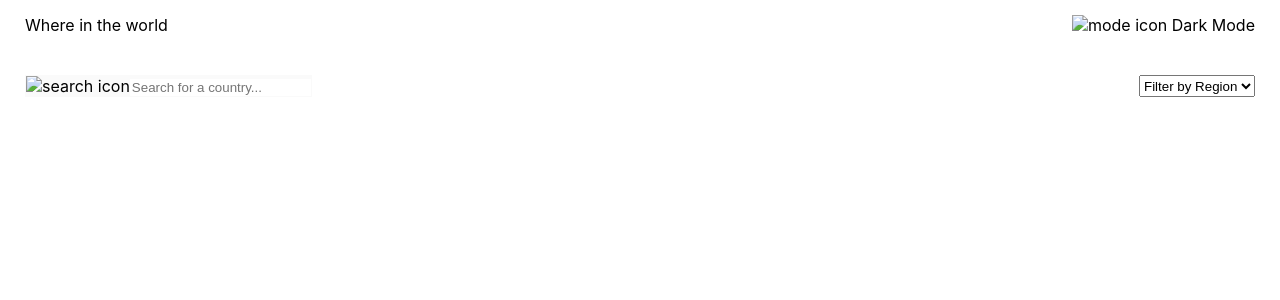
Repository: faithandjs/rest-countries-api
Page: /
An editor plug-in stored every save of this project. The page is shown before and after the next save, followed by the edit.
The browser window is 1280 px wide. The pictures show the whole page.
The page's requests for data from a server got no answer. The project was rebuilt for these pictures with package versions that can differ from the ones it lists, and the page was loaded fresh each time. No one was signed in, and anything a server would have sent is missing.

Above is the page before, as saved 2022-04-12 21:23:17.

After the next save:
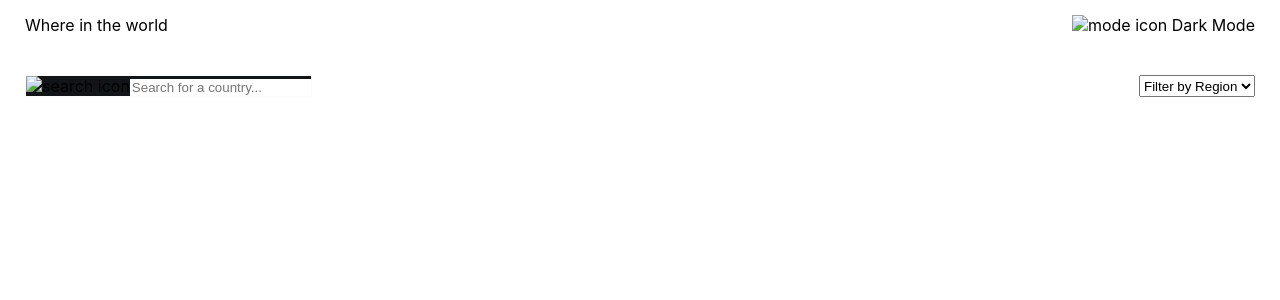
Saved 23 s later.
--- a/src/components/style/style.scss
+++ b/src/components/style/style.scss
@@ -26,7 +26,7 @@ $White: hsl(0, 0%, 100%); //(Dark Mode Text & Light Mode Elements)
                 border: 0;
             }
             border: 1px solid $VeryLightGray;
-            background-color: $VeryLightGray;
+            background-color: $VeryDarkBlue;
         }
     }
 }
